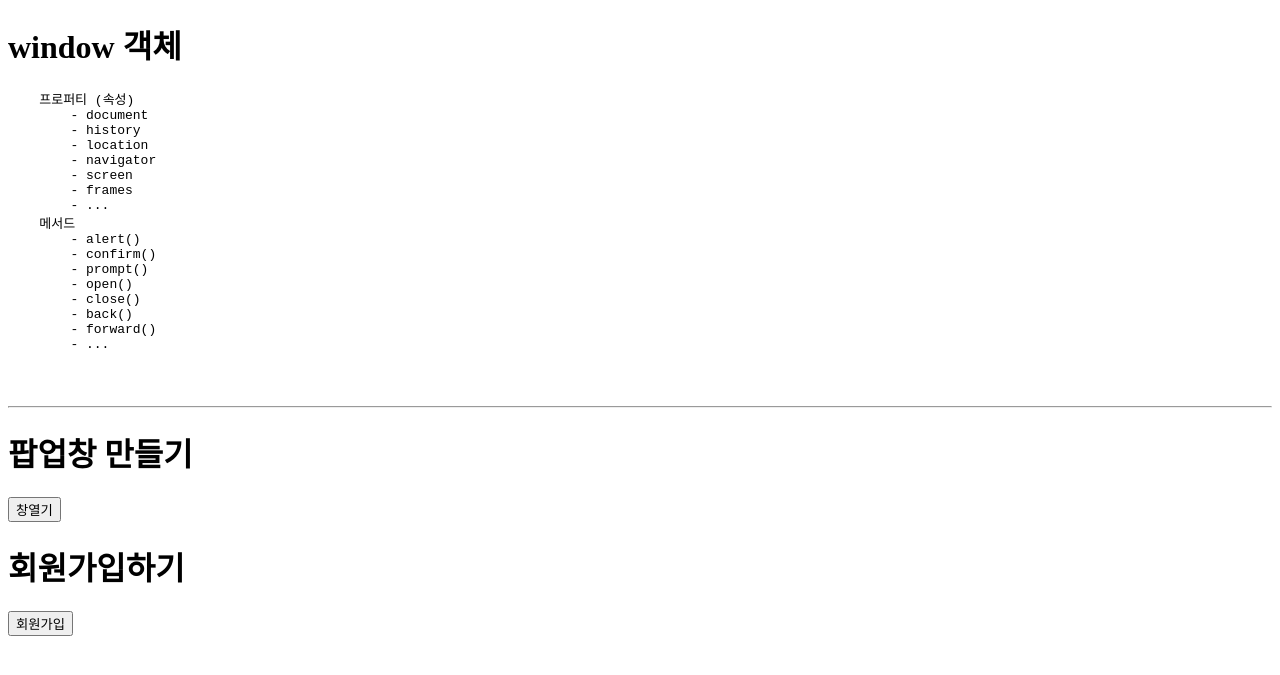
Repository: junewjdtn/TIL
Page: HTML+CSS/html_vscode_UI/4_JS_ec/JS/WebContent/js20_window01.html
These files come from the project's save history. The page is drawn as it stood at one moment and after the next save; the edit follows.
The browser window is 1280 px wide. The pictures show the whole page.
After loading, the first visible `button[onclick="registForm();"]` was clicked once.

Above is the page before, as saved 2022-05-18 04:17:44.
Console error: ReferenceError: registForm is not defined

After the next save:
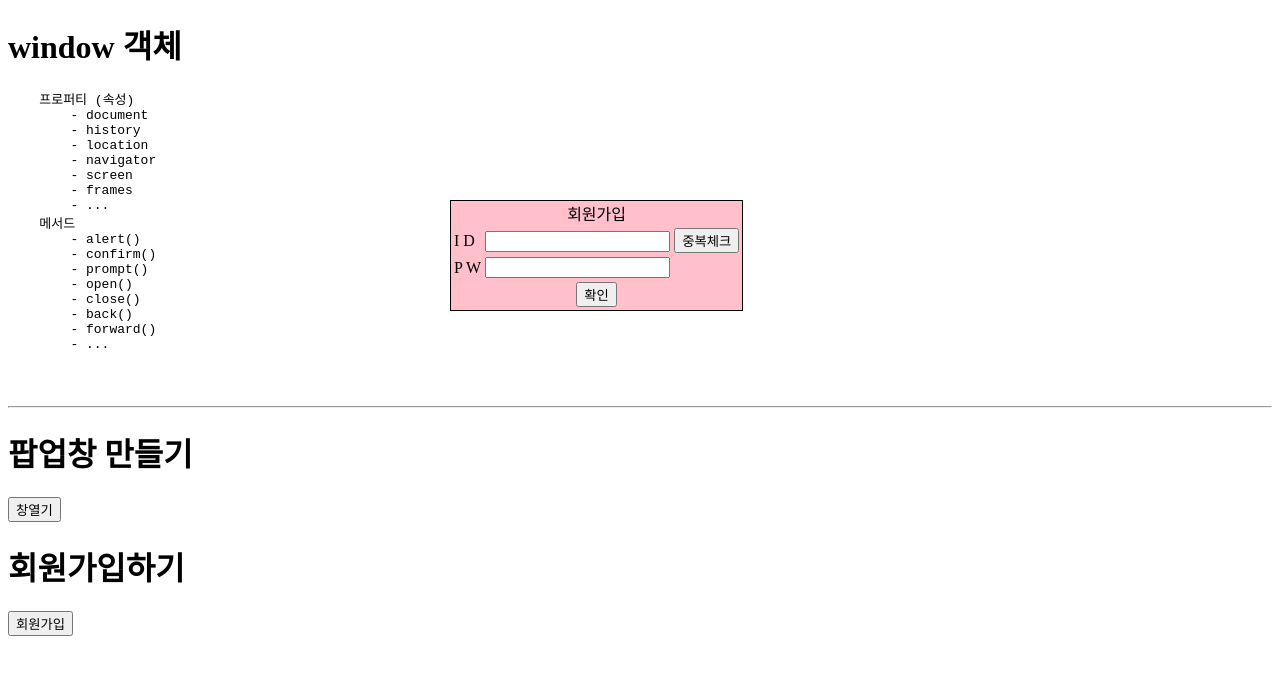
The error is gone.
Saved 4 min 6 s later.
--- a/HTML+CSS/html_vscode_UI/4_JS_ec/JS/WebContent/js20_window01.html
+++ b/HTML+CSS/html_vscode_UI/4_JS_ec/JS/WebContent/js20_window01.html
@@ -15,11 +15,15 @@
     		display: none;
 
     		/* visivility: hidden; */
+    		/* display와 비슷하지만 공백이 추가 된다.(display는 실행조차를 하지 않지만 visivility는 요소를 나타내기 때문에 공백이 생김) */
     	}
     </style>
     <script>
         function openWin(){
             window.open("js20_window02.html", "", "width=500px, height=500px");
+        }
+        function registForm(){
+        	document.getElementById("regist").style.display="block";
         }
     </script>
 </head>
